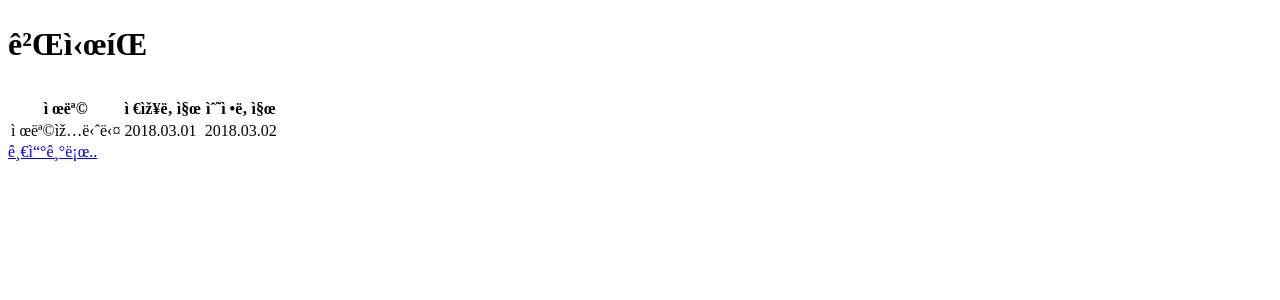
Repository: sandartchip/Board_v01
Page: http://localhost/firstjsp/list.jsp
An editor plug-in stored every save of this project. The page is shown before and after the next save, followed by the edit.
The browser window is 1280 px wide. The pictures show the whole page.
The page is served by Tomcat 9.

Above is the page before, as saved 2019-03-18 05:02:11.

After the next save:
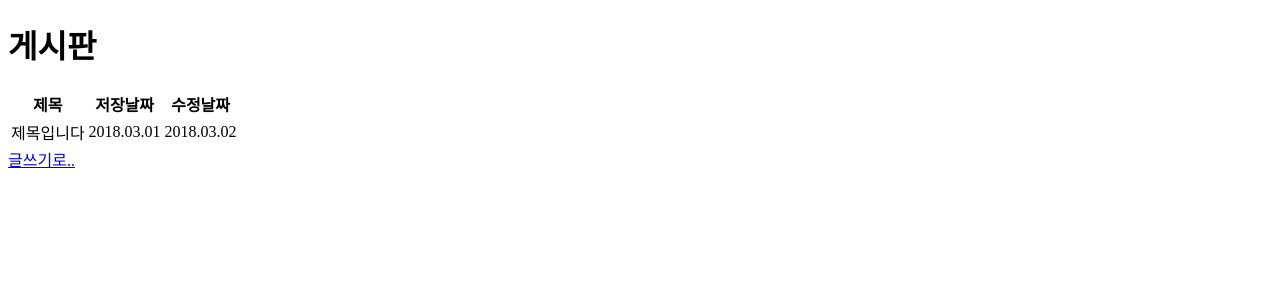
Saved 115 s later.
--- a/Board_v01/firstjsp/WebContent/list.jsp
+++ b/Board_v01/firstjsp/WebContent/list.jsp
@@ -1,3 +1,4 @@
+ <%@ page language= "java" contentType= "text/html; charset=utf-8" pageEncoding= "utf-8" %>
 
 <!DOCTYPE html>
 <html>
